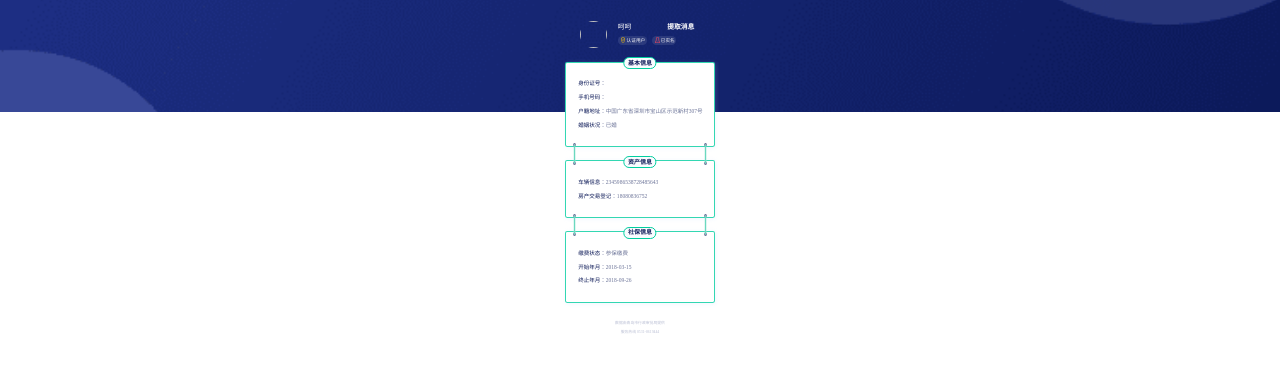
Repository: zlpstart/qingdao-new
Page: /Record
The author's editor kept a copy of each file at every save. The page is drawn from the files as they stood at one save, then again after a run of saves.
The browser window is 1280 px wide. The pictures show the whole page.
The page's requests for data from a server got no answer. Some web fonts or font styles are not loaded; a fallback is used. The project was rebuilt for these pictures with package versions that can differ from the ones it lists, and the page was loaded fresh each time. No one was signed in, and anything a server would have sent is missing. Also part of the build but not shown: src/components/MySpace.vue, src/components/Home.vue, src/components/Enterprise.vue, src/components/Opinion.vue, src/components/Opinion2.vue, src/components/Car.vue, src/components/House.vue, src/components/License.vue and 5 more.

Above is the page before, as saved 2019-09-22 10:27:23.

### public/index.html
<!DOCTYPE html>
<html lang="en">
  <head>
    <meta charset="utf-8">
    <meta http-equiv="X-UA-Compatible" content="IE=edge">
    <meta name="viewport" content="width=device-width,initial-scale=1.0">
    <link rel="icon" href="<%= BASE_URL %>favicon.ico">
    <title></title>
  </head>
  <body>
    <noscript>
      <strong>We're sorry but zlp doesn't work properly without JavaScript enabled. Please enable it to continue.</strong>
    </noscript>
    <div id="app"></div>
    <!-- built files will be auto injected -->
  </body>
</html>

### src/main.js
import Vue from 'vue'
import './plugins/axios'
import App from './App.vue'
import 'lib-flexible'
import router from './router'
import axios from 'axios'


//vuex
import vuex from 'vuex'
Vue.use(vuex)



import 'babel-polyfill'
import Es6Promise from 'es6-promise'
import store from './store'
require('es6-promise').polyfill()
Es6Promise.polyfill()

Vue.config.productionTip = false
Vue.prototype.$ajax = axios


// import VueWechatTitle from 'vue-wechat-title'
// Vue.use(VueWechatTitle)


// 根据路由设置标题
router.beforeEach((to, from, next) => {
  /*路由发生改变修改页面的title */
  if(to.meta.title) {
    document.title = to.meta.title
  }
  next();
})


new Vue({
  router,
  store,
  render: h => h(App)
}).$mount('#app')

### src/App.vue
<template>
  <div id="app">
    <router-view></router-view>
  </div>
</template>

<script>
export default {
  data(){
    return {

    }
  },
}
</script>


<style>
* {
  padding: 0;
  margin:0;
}
  @font-face {
    font-family:'avenir';
    src:url('./assets/NotoSansHans-Medium.otf')
  }
  h1,h2,h3,h4,h5,h6,span,b,i,li,p {
    font-family: avenir
  }
</style>

### src/router.js
import Vue from 'vue'
import Router from 'vue-router'
import MySpace from './components/MySpace'
import Home from './components/Home'
import Enterprise from './components/Enterprise'
import Opinion from './components/Opinion'
import Opinion2 from './components/Opinion2'
import Record from './components/Record'
import Car from './components/Car'
import House from './components/House'
import License from './components/License'
import License2 from './components/License2'
import Footprint from './components/Footprint'
import Record2 from './components/Record2'
import Footprint2 from './components/Footprint2'
import NotFound from './components/NotFound'


Vue.use(Router)

export default new Router({
  mode: 'history',
  routes: [
    {
      path: '/',
      name: 'MySpace',
      component:MySpace,
      meta:{title:'青岛政务通'}
    },
    {
      path: '/Home',
      name: 'Home',
      component:Home,
      meta:{title:'导航栏'}
    },
    {
      path: '/Opinion',
      name: 'Opinion',
      component:Opinion,
      meta:{title:'意见反馈'}
    },
    {
      path: '/Enterprise',
      name: 'Enterprise',
      component:Enterprise,
      meta:{title:'企业空间'}
    },
    {
      path: '/Opinion2',
      name: 'Opinion2',
      component:Opinion2,
      meta:{title:'企业意见反馈'}
    },
    {
      path: '/Record',
      name: 'Record',
      component:Record,
      meta:{title:'我的档案'}
    },
    {
      path: '/Car',
      name: 'Car',
      component:Car,
      meta:{title:'车辆登记信息'}
    },
    {
      path: '/House',
      name: 'House',
      component:House,
      meta:{title:'房屋登记信息'}
    },
    {
      path: '/License',
      name: 'License',
      component:License,
      meta:{title:'我的证照'}
    },
    {
      path: '/Footprint',
      name: 'Footprint',
      component:Footprint,
      meta:{title:'我的足迹'}
    },
    {
      path: '/Record2',
      name: 'Record2',
      component:Record2,
      meta:{title:'企业档案'}
    },
    {
      path: '/Footprint2',
      name: 'Footprint2',
      component:Footprint2,
      meta:{title:'企业足迹'}
    },
    {
      path: '/License2',
      name: 'License2',
      component:License2,
      meta:{title:'企业证照'}
    },
    { /* 404必须是最后一个路由 */
      name: '404',
      path: '*',
      meta: {
          title: '找不到页面'
      },
      component: NotFound
  }
  ]
})

### src/store/index.js
import Vue from 'vue'
import Vuex from 'vuex'
import user from './modules/user'

Vue.use(Vuex)

export default new Vuex.Store({
    modules:{
        user
    }
})

### src/components/Record.vue
<template>
  <div>
    <!-- 个人档案 -->
    <div class="Record" v-if="!show">
      <TopBar></TopBar>
      <div class="header">
        <div class="header_wrap">
          <div class="header_left">
            <img :src="allUser.imgAddr" />
          </div>
          <div class="header_right">
            <div class="header_right_p">
              <p>{{allUser.realName}}</p>
            </div>
            <div class="header_right_span">
              <span>
                <img src="../assets/认证.png" alt />
                认证用户
              </span>
              <span>
                <img src="../assets/实名.png" alt />
                已实名
              </span>
            </div>
          </div>
        </div>
      </div>
      <div class="Record_content_box">
        <div class="legal_content">
          <div class="legal_title">
            <h1>基本信息</h1>
          </div>
          <ul>
            <li>
              <b>身份证号：</b>
              {{allUser.idCode}}
            </li>
            <li>
              <b>手机号码：</b>
              {{allUser.mobile}}
            </li>
            <li>
              <b>户籍地址：</b>中国广东省深圳市宝山区示范新村307号
            </li>
            <li>
              <b>婚姻状况：</b>已婚
            </li>
          </ul>
        </div>
        <div class="legal_content">
          <div class="decorate">
            <div class="decorate_left"></div>
            <div class="decorate_right"></div>
          </div>
          <div class="legal_title">
            <h1>资产信息</h1>
          </div>
          <ul>
            <li>
              <b>车辆信息：</b>2345986538728485643
            </li>
            <li>
              <b>房产交易登记：</b>18080836752
            </li>
          </ul>
        </div>
        <div class="legal_content">
          <div class="decorate">
            <div class="decorate_left"></div>
            <div class="decorate_right"></div>
          </div>
          <div class="legal_title">
            <h1>社保信息</h1>
          </div>
          <ul>
            <li>
              <b>缴费状态：</b>参保缴费
            </li>
            <li>
              <b>开始年月：</b>2018-03-15
            </li>
            <li>
              <b>终止年月：</b>2018-09-26
            </li>
          </ul>
        </div>
        <div class="kong"></div>
        <div class="bottom">
          <span></span>
          <p>数据由青岛市行政审批局提供</p>
          <span></span>
          <p>服务热线 0531-8619444</p>
        </div>
      </div>
    </div>

    <!-- 企业档案 -->
    <div class="Record" v-if="show">
      <TopBar></TopBar>
      <div class="header">
        <div class="header_wrap">
          <div class="header_left">
            <img :src="allUser.imgAddr" />
          </div>
          <div class="header_right">
            <div class="header_right_p">
              <p>{{allUser.realName}}呵呵</p>
              <p @click="extract">提取消息</p>
            </div>
            <div class="header_right_span">
              <span>
                <img src="../assets/认证.png" alt />
                认证用户
              </span>
              <span>
                <img src="../assets/实名.png" alt />
                已实名
              </span>
            </div>
          </div>
        </div>
      </div>
      <div class="Record_content_box">
        <div :class="{legal_content:changeClass,legal2_content:changeStyle}">
          <div class="legal_title">
            <h1>基本信息</h1>
          </div>
          <ul v-if="tiqu">
            <li>
              <b>身份证号：</b>
              {{allUser.idCode}}
            </li>
            <li>
              <b>手机号码：</b>
              {{allUser.mobile}}
            </li>
            <li>
              <b>户籍地址：</b>中国广东省深圳市宝山区示范新村307号
            </li>
            <li>
              <b>婚姻状况：</b>已婚
            </li>
          </ul>
          <div class="checkbox" v-if="changeStyle">
            <input type="checkbox" />
          </div>
        </div>
        <div :class="{legal_content:changeClass,legal2_content:changeStyle}">
          <div class="decorate">
            <div class="decorate_left"></div>
            <div class="decorate_right"></div>
          </div>
          <div class="legal_title">
            <h1>资产信息</h1>
          </div>
          <ul v-if="tiqu">
            <li>
              <b>车辆信息：</b>2345986538728485643
            </li>
            <li>
              <b>房产交易登记：</b>18080836752
            </li>
          </ul>
          <div class="checkbox" v-if="changeStyle">
            <input type="checkbox" />
          </div>
        </div>
        <div :class="{legal_content:changeClass,legal2_content:changeStyle}">
          <div class="decorate">
            <div class="decorate_left"></div>
            <div class="decorate_right"></div>
          </div>
          <div class="legal_title">
            <h1>社保信息</h1>
          </div>
          <ul v-if="tiqu">
            <li>
              <b>缴费状态：</b>参保缴费
            </li>
            <li>
              <b>开始年月：</b>2018-03-15
            </li>
            <li>
              <b>终止年月：</b>2018-09-26
            </li>
          </ul>
          <div class="checkbox" v-if="changeStyle">
            <input type="checkbox" />
          </div>
        </div>
        <div class="kong"></div>
        <div class="bottom" v-if="changeClass">
          <span></span>
          <p>数据由青岛市行政审批局提供</p>
          <span></span>
          <p>服务热线 0531-8619444</p>
        </div>
      </div>
      <div class="footer">
        <div class="footer_btn1">

        </div>
        <div class="footer_btn2">

        </div>
        <div class="footer_btn3">

        </div>
        <div class="footer_btn4">

        </div>
      </div>
    </div>
  </div>
</template>

<script>
import TopBar from "./TopBar";
import { mapGetters, mapActions } from "vuex";

export default {
  name: "Record",
  data() {
    return {
      tiqu: true,
      //正常样式
      changeClass: true,
      //点击样式
      changeStyle: false
    };
  },
  components: {
    TopBar
  },
  methods: {
    to() {
      this.$router.go(0);
    },
    ...mapActions(["getUsers"]),
    extract() {
      // if (this.tiqu == true) {
      //     this.tiqu = false
      // }else {
      //     this.tiqu = true;
      // }
      // var legal = document.getElementsByClassName("legal_title");
      // var content = document.getElementsByClassName("legal_content");
      // var decorate = document.getElementsByClassName("decorate")
      // for(var i = 0 ; i < legal.length; i ++){
      //     if (legal[i].style.top < 1) {
      //         legal[i].style.top="1.3867rem"
      //         legal[i].style.transition = "all 1s"
      //         content[i].style.width = '7.5067rem'
      //         legal[i].style.width = "all 1s"
      //         content[i].style.left = ' -0.5667rem'
      //         legal[i].style.left = "all 1s"
      //         decorate[i].style.width = '7.4267rem'
      //         legal[i].style.width = "all 1s"
      //     }else if(legal[i].style.top > 1){
      //         legal[i].style.top="0.3867rem"
      //          content[i].style.width = 'none'
      //         content[i].style.transition = 'all 1s'
      //     }
      // }
      // console.log(legal[i].style.top)

      this.changeClass = !this.changeClass;
      this.changeStyle = !this.changeStyle;
      this.tiqu = !this.tiqu;
      console.log(this.changeClass);
    }
  },
  created() {
    this.getUsers();
  },
  computed: {
    ...mapGetters(["allUser", "show"])
  }
};
</script>

<style scoped>
* {
  padding: 0;
  margin: 0;
}
ul {
  list-style: none;
}
a {
  text-decoration: none;
}
body {
  background: #f7faff;
}
.logo {
  width: 100%;
  height: 0.3733rem;
  position: absolute;
  top: 1.0133rem;
}
.logo_left p {
  float: left;
}
.logo_left p:nth-child(1) {
  margin-left: 0.3867rem;
}
.logo_left p:nth-child(2) {
  margin-left: 0.32rem;
}
.logo_left img {
  width: 0.4rem;
  height: 0.4rem;
}
.logo a {
  color: white;
}
.logo_title {
  width: 4.6333rem;
  margin: 0 auto;
  text-align: center;
}
.logo_title p {
  font-size: 0.4rem;
  font-weight: 500;
  color: rgba(255, 255, 255, 1);
}
.header {
  width: 100%;
  height: 1.7067rem;
  position: absolute;
  top: 1.32rem;
}
.header_wrap {
  width: 7.48rem;
  margin: 0 auto;
  padding: 0 0.72rem;
}
.header_left {
  width: 1.7067rem;
  height: 1.7067rem;
  float: left;
  border-radius: 1.7067rem;
  overflow: hidden;
}
.header_left img {
  width: 1.7067rem;
  height: 1.7067rem;
  background-size: 100%;
  overflow: hidden;
}
.header_right {
  width: 2.9rem;
  height: 1.3333rem;
  float: left;
  margin-left: 0.64rem;
}
.header_right_p {
  width: 5.6667rem;
  height: 0.7rem;
}
.header_right_p p {
  font-size: 0.4267rem;
  font-weight: 500;
  color: rgba(255, 255, 255, 1);
  float: left;
}
.header_right_span {
  width: 5.2667rem;
  margin-top: 0.2267rem;
  height: 0.5867rem;
}
.header_right_span img {
  width: 0.2933rem;
  height: 0.3333rem;
  margin-left: 0.0933rem;
}
.header_right_span span {
  padding: 0.0933rem 0.0933rem 0.0933rem 0.0933rem;
  border-radius: 0.32rem;
  background: rgba(255, 255, 255, 0.1);
  float: left;
  margin-left: 0.32rem;
  font-size: 0.2933rem;
  font-weight: 500;
  color: rgba(255, 255, 255, 1);
}
.header_right_span span:nth-child(1) {
  margin-left: 0;
}

.header_right_p p:nth-child(2) {
  width: 1.8533rem;
  font-size: 0.4267rem;
  font-family: PingFangSC;
  font-weight: 600;
  color: rgba(255, 255, 255, 1);
  float: left;
  margin-left: 2.24rem;
}

.decorate {
  width: 8.4267rem;
  padding: 0 0.4267rem;
  position: absolute;
  top: -1.16rem;
  left: 0;
}
.checkbox {
  position: absolute;
  right: -0.7667rem;
}
/* .checkbox input[type = 'checkbox'] {
    width: 30px;
    height: 30px;
    border-radius: 30px;
    background: red
} */
.checkbox input[type="checkbox"] {
  width: 20px;
  height: 20px;
  border: 1px solid #000;
  border-radius: 50%;
}
.decorate img {
  width: 100%;
  height: 100%;
}
.decorate_left {
  width: 0.24rem;
  background: url("../assets/连接.png") no-repeat center center;
  background-size: 100%;
  height: 1.36rem;
  float: left;
}
.decorate_right {
  width: 0.24rem;
  background: url("../assets/连接.png") no-repeat center center;
  height: 1.36rem;
  background-size: 100%;
  float: right;
}

.Record_content_box {
  width: 100%;
  position: absolute;
  top: 3.0267rem;
  left: 50%;
  transform: translate(-50%);
}
.kong {
  width: 100%;
  height: 1rem;
}
.bottom {
  width: 100%;
  height: 1.3333rem;
  line-height: 0.5667rem;
  text-align: center;
}
.bottom p {
  font-size: 0.24rem;
  font-weight: 400;
  color: #babfd4;
}
/* 更改前 */
.legal_content ul li {
  font-size: 0.3467rem;
  font-weight: 400;
  color: #6c7498;
}
.legal_content ul li b {
  font-size: 0.3467rem;
  font-weight: 400;
  color: rgba(11, 24, 86, 1);
}
.legal_content:nth-child(1).decorate {
  display: none;
}
.legal_content {
  width: 8.5067rem;
  background: rgba(255, 255, 255, 1);
  box-shadow: 0.0533rem 0.0533rem 0.2667rem 0rem rgba(173, 206, 255, 0.2);
  border-radius: 0.1333rem;
  border: 0.0133rem solid rgba(0, 206, 159, 0.8);
  margin: 0 auto;
  margin-top: 0.8267rem;
  position: relative;
  padding: 1.0133rem 0 1.0933rem 0.7733rem;
}
.legal_content li:nth-child(1) {
  margin-top: 0;
}
.legal_content li b {
  font-size: 0.3467rem;
  font-weight: 400;
  color: #0b1856;
}
.legal_content li {
  font-size: 0.3467rem;
  font-weight: 400;
  margin-top: 0.3733rem;
  color: rgba(11, 24, 86, 1);
}
.legal_title {
  padding: 0.1033rem 0.2333rem;
  height: 0.42rem;
  background: rgba(250, 252, 255, 1);
  border-radius: 0.36rem;
  border: 0.0267rem solid rgba(0, 206, 159, 1);
  margin: 0 auto;
  line-height: 0.42rem;
  text-align: center;
  position: absolute;
  top: 0.3867rem;
  left: 50%;
  margin-top: -0.36rem;
  transform: translate(-50%, -50%);
  transition: 1s all;
}
.legal_title h1 {
  font-size: 0.3733rem;
  font-family: PingFangSC-Medium;
  color: rgba(11, 24, 86, 1);
}
/* 更改后 */

.legal2_content ul li {
  font-size: 0.3467rem;
  font-weight: 400;
  color: #6c7498;
}
.legal2_content ul li b {
  font-size: 0.3467rem;
  font-weight: 400;
  color: rgba(11, 24, 86, 1);
}
.legal2_content:nth-child(1).decorate {
  display: none;
}
.legal2_content {
  width: 7.5067rem;
  background: rgba(255, 255, 255, 1);
  box-shadow: 0.0533rem 0.0533rem 0.2667rem 0rem rgba(173, 206, 255, 0.2);
  border-radius: 0.1333rem;
  border: 0.0133rem solid rgba(0, 206, 159, 0.8);
  margin: 0 auto;
  transition: 1s all;
  left: -0.5667rem;
  margin-top: 0.8267rem;
  position: relative;
  padding: 1.0133rem 0 1.0933rem 0.7733rem;
}
.legal2_content li:nth-child(1) {
  margin-top: 0;
}
.legal2_content li b {
  font-size: 0.3467rem;
  font-weight: 400;
  color: #0b1856;
}
.legal2_content li {
  font-size: 0.3467rem;
  font-weight: 400;
  margin-top: 0.3733rem;
  color: rgba(11, 24, 86, 1);
}
.legal2_content .legal_title h1 {
  font-size: 0.3733rem;
  font-family: PingFangSC-Medium;
  color: rgba(11, 24, 86, 1);
}
.legal2_content .legal_title {
  padding: 0.1033rem 0.2333rem;
  height: 0.42rem;
  background: rgba(250, 252, 255, 1);
  border-radius: 0.36rem;
  border: 0.0267rem solid rgba(0, 206, 159, 1);
  margin: 0 auto;
  line-height: 0.42rem;
  text-align: center;
  position: absolute;
  top: 1.3867rem;
  left: 50%;
  transition: 1s all;
  margin-top: -0.36rem;
  transform: translate(-50%, -50%);
}
.legal2_content .decorate {
  width: 7.4267rem;
}
.footer {
  width: 100%;

}
</style>

### src/store/modules/user.js
import axios from 'axios'

const state ={
    user:[],
    code:"",
    boy:require("../../assets/boy.png"),
    gril:require("../../assets/gril.png"),
    corporation:require("../../assets/corporation.png"),
    show:true
}

const getters = {
    allUser: state => state.user,
    userImg: state => state.img,
    boy: state => state.boy,
    gril: state => state.gril,
    show:state => state.show
}

const mutations = {
    // 更改user信息方法
    setUsers:(state,users) => (state.user = users),
    //获取用户code
    getCode:(state) => {
        let URL = window.location.href  // 获取到当前url
        var b = ""      //准备获取code
        if(URL.indexOf("=")>-1){ //判断url里最后一个=的位置 是否大于0
            b = URL.substring(URL.indexOf("=")+1,URL.length-16)  // 如果大于0 则截取URL的=后字符串
            window.localStorage.setItem("code",b)   //将URL的code 存入localStorage
        }
        state.code = window.localStorage.getItem("code")      //获取到localStorage 里的的code 并存入code变量
    },
}

const actions = {
     async getUsers({commit,state}){
        await commit("getCode")
        axios.get("http://120.55.60.206:18082/api/getUserInfo?code="+state.code) //请求接口
        .then(res => {
            // console.log("成功请求",res)
            res.data.category = 0
            if(res.data.category == 13){
                state.show = true
                // console.log(state.show)
                window.open("/")
                axios.get("http://120.55.60.206:18082/api/getNormalUserDetailInfo?code="+state.code)
                .then(i => {
                    // console.log(i.data)
                    if(i.data.imgAddr == ""){       //判断用户是否上传头像
                        if(i.data.gender == 0){     //判断用户是否是男人
                            i.data.imgAddr = state.boy    //把接口数据的空值 改成本地男生图片路径
                            // console.log(i.data.imgAddr)
                        }else{                      //判断用户是否是女人
                            i.data.imgAddr = state.gril   //把接口数据的空值 改成本地女生图片路径
                            // console.log(i.data.imgAddr)
                        }
                    }
                    commit("setUsers",i.data)
                })
                .catch(j => console.log(j))
            }else {
                state.show = false
                // console.log(state.show)
                window.open("/Enterprise")
                axios.get("http://120.55.60.206:18082/api/getNormalUserDetailInfo?code="+state.code)
                .then(a => {
                    // console.log(a.data)
                    if(a.data.imgAddr == ""){
                        a.data.imgAddr = state.corporation
                    }
                    commit("setUsers",a.data)
                })
                // .catch(b => console.log(b))
            }
            commit("setUsers",res.data)
        })
    }
}

export default {
    state,
    getters,
    mutations,
    actions
}

### src/components/TopBar.vue
<template>
    <div class="TopBar">

    </div>
</template>

<script>
export default {
    name:"TopBar",
    data(){
        return {

        }
    },
    methods:{

    },
}
</script>

<style scoped>
* {
    padding: 0;
    margin: 0;
}
ul {
    list-style: none;
}
a {
    text-decoration: none;
}
body {
    background: #F7FAFF;
}
.TopBar {
    width: 100%;
    height: 7.0267rem;
    background: url("../assets/topbackground.png")no-repeat center center;
    background-size:100%;
}

</style>

Loaded but not shown: src/plugins/axios.js (common file)

After the next 4 saves:
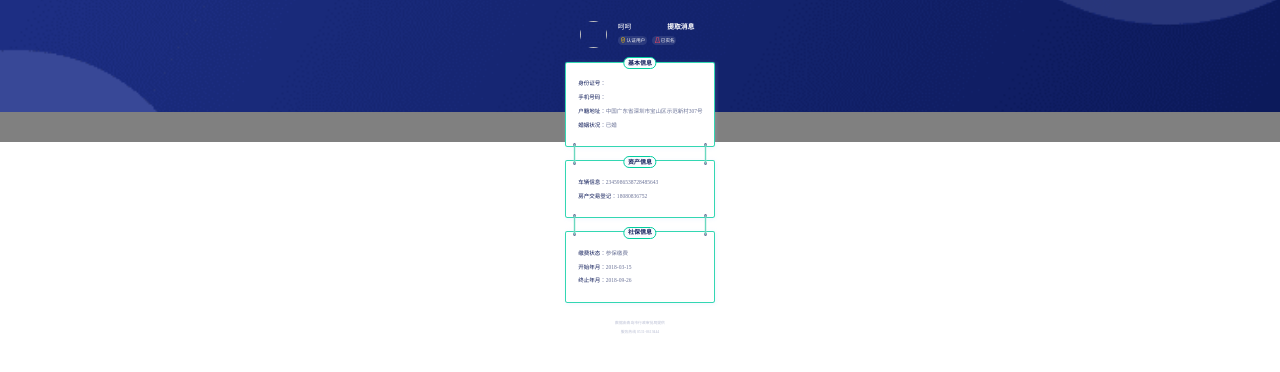
The 4 saves are shown as one change because 2 did not build or start and some came seconds apart.
The last was saved 29 s later.
--- a/src/components/Record.vue
+++ b/src/components/Record.vue
@@ -591,6 +591,7 @@ body {
 }
 .footer {
   width: 100%;
-
+  height: 1.8667rem;
+  background: gray;
 }
 </style>
